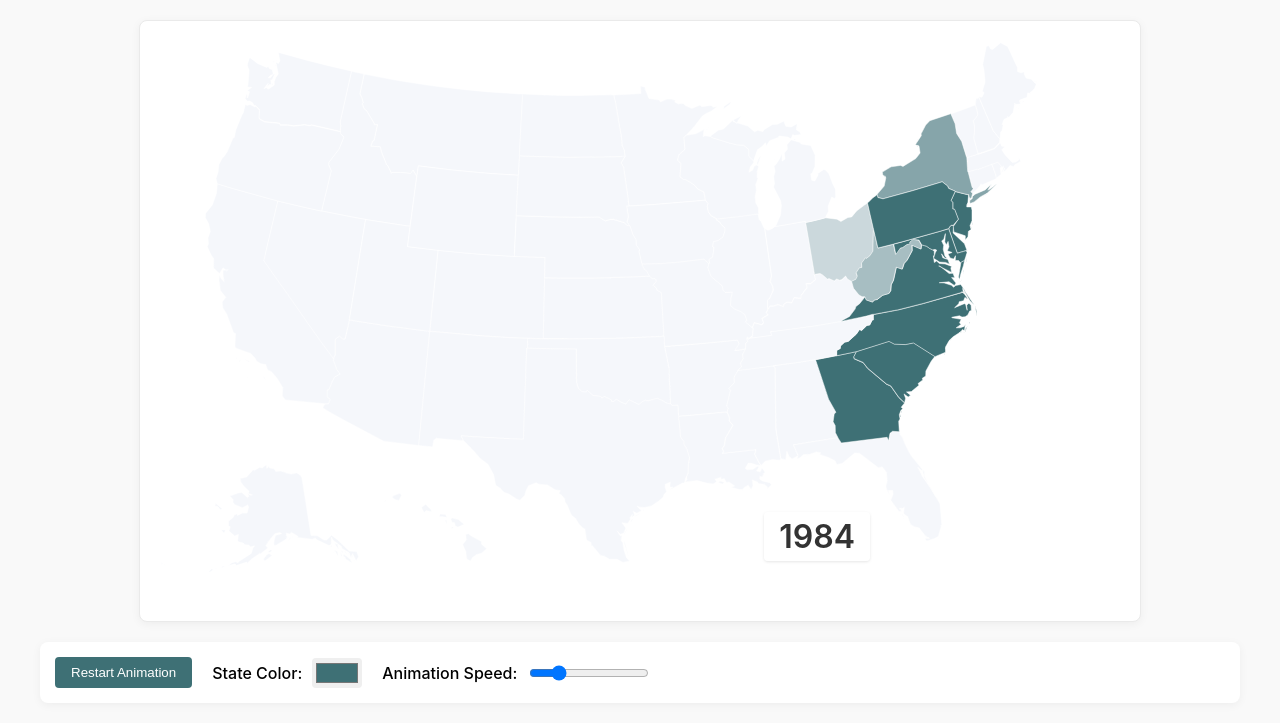
Repository: robleto/us-states-visited-map
Page: index.html
These files come from the project's save history. The page is drawn as it stood at one moment and after the next save; the edit follows.
The browser window is 1280 px wide. The pictures show the whole page.
Some web libraries are served in a nearby version.

Above is the page before, as saved 2025-03-06 09:42:15.

After the next save:
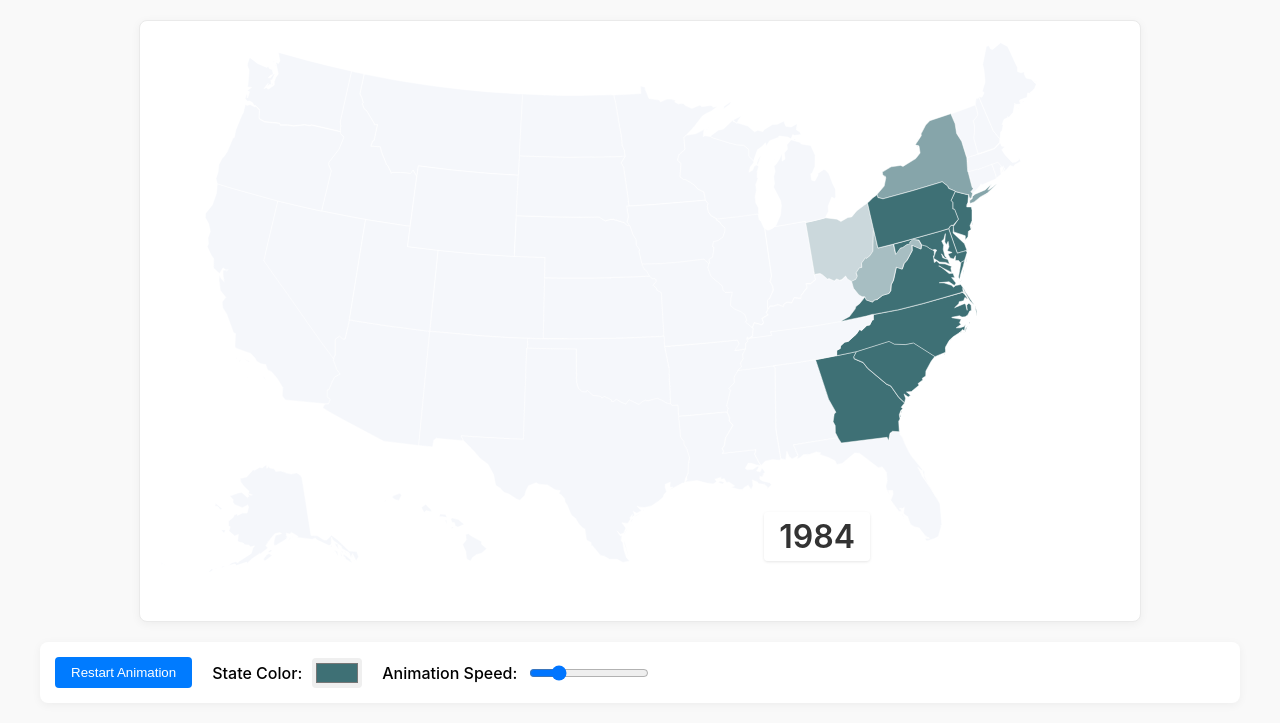
Saved 72 s later.
--- a/styles.css
+++ b/styles.css
@@ -64,7 +64,7 @@ body {
 
 button {
   padding: 8px 16px;
-  background-color: #3E7075;
+  background-color: #007BFF;
   color: white;
   border: none;
   border-radius: 4px;
